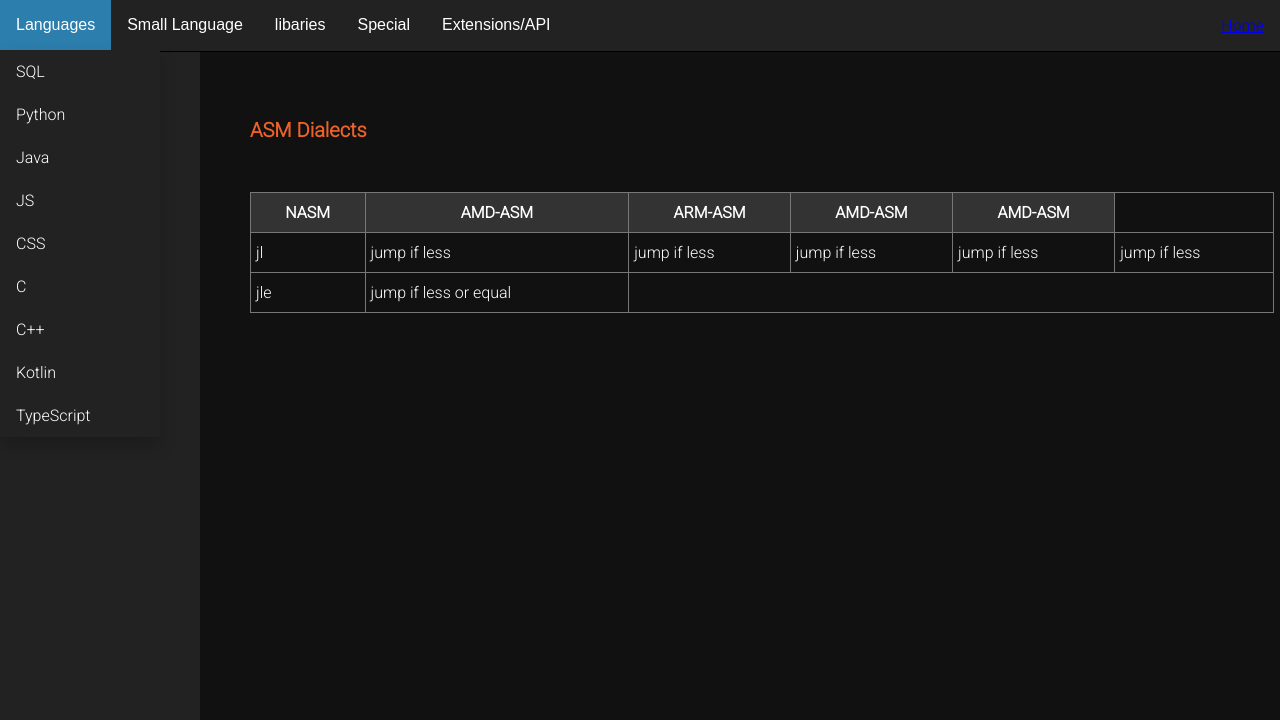
Repository: Max-Rohrhirsch/Max-Rohrhirsch.github.io
Page: documentation/special/OS/asm_dif.html
The author's editor kept a copy of each file at every save. The page is drawn from the files as they stood at one save, then again after the next save.
The browser window is 1280 px wide. The pictures show the whole page.

Above is the page before, as saved 2023-10-29 17:32:30.

### documentation/special/OS/asm_dif.html
<script src="/jquery.js"></script>
<div id="includeHeader"></div>
<!-- ------ SIDE NAVIGATION BAR ----- -->
<div class="sidenav">
    <a href="/documentation/special/OS/OS.html">OS</a>
    <a href="/documentation/special/OS/ASM.html">ASM</a>
</div>

<div class="main">
<h2>ASM Dialects</h2>
<table>
<tr>
    <th>NASM</th>
    <th>AMD-ASM</th>
    <th>ARM-ASM</th>
    <th>AMD-ASM</th>
    <th>AMD-ASM</th>
</tr>
<tr>
    <td>jl</td>
    <td>jump if less</td>
    <td>jump if less</td>
    <td>jump if less</td>
    <td>jump if less</td>
    <td>jump if less</td>
</tr>
<tr>
    <td>jle</td>
    <td>jump if less or equal</td>
</tr>
</table>
</div>
<div id="includeFooter"></div>

### header.html
<html>
    <head>
        <title>Documentation</title>

        <meta name="viewport" content="width=device-width, initial-scale=1">
        <meta name="description" lang="en" content="Documentation of many things I learned">
        <meta name="keywords" content="HTML, CSS, JavaScript, Coding, max">
        <meta name="author" content="Rohrhirsch Max">

        <link rel="preconnect" href="https://fonts.googleapis.com">
        <link rel="preconnect" href="https://fonts.gstatic.com" crossorigin>
        <link href="https://fonts.googleapis.com/css2?family=Roboto:wght@300&display=swap" rel="stylesheet">
        <link rel="stylesheet" href="https://cdnjs.cloudflare.com/ajax/libs/font-awesome/4.7.0/css/font-awesome.min.css">

        <link rel="icon" type="image/x-icon" href="/Bilder/favicon.ico">

        <link href="/documentation/prism.css" rel="stylesheet" />

        <link rel="stylesheet" href="/documentation/docStyle.css">
        <link rel="icon" type="image/x-icon" href="/Bilder/favicon.ico">
    </head>
    <body>
        <!-- ------ TOP NAVIGATION BAR ----- -->
        <nav class="nav1">
            <div class="dropdown" style="float:left;">
                <button class="dropbtn">Languages</button>
                <div class="dropdown-content" style="left:0;">
                    <a href="/documentation/languages/sql/sql.html">SQL</a>
                    <a href="/documentation/languages/python/python.html">Python</a>
                    <a href="/documentation/languages/java/java.html">Java</a>
                    <a href="/documentation/languages/js.html">JS</a>
                    <a href="/documentation/languages/css.html">CSS</a>
                    <a href="/documentation/languages/c.html">C</a>
                    <a href="/documentation/languages/cpp.html">C++</a>
                    <a href="/documentation/languages/Kotlin.html">Kotlin</a>
                    <a href="/documentation/languages/typescript.html">TypeScript</a>
                </div>
            </div>
            <div class="dropdown" style="float:left;">
                <button class="dropbtn">Small Language</button>
                <div class="dropdown-content" style="left:0;">
                    <a href="/documentation/small/bash.html">Bash</a>
                    <a href="/documentation/small/rust.html">Rust</a>
                    <a href="/documentation/small/go.html">GO</a>
                    <a href="/documentation/small/csharp.html">C#</a>
                    <a href="/documentation/small/brainfuck.html">BrainFuck</a>
                </div>
            </div>
            <div class="dropdown" style="float:left;">
                <button class="dropbtn">libaries</button>
                <div class="dropdown-content" style="left:0;">
                    <a href="/documentation/libaries/socket.html">Socket</a>
                    <a href="/documentation/libaries/tenserflow.html">Tenserflow</a>
                    <a href="/documentation/libaries/regex.html">Regex</a>
                    <a href="/documentation/libaries/angular.html">Angular</a>
                    <a href="/documentation/libaries/Git.html">Git</a>
                </div>
            </div>
            <div class="dropdown" style="float:left;">
                <button class="dropbtn">Special</button>
                <div class="dropdown-content" style="left:0;">
                    <a href="/documentation/special/computer.html">Computer</a>
                    <a href="/documentation/special/linux.html">Linux</a>
                    <a href="/documentation/special/arduino.html">Arduino</a>
                    <a href="/documentation/special/game.html">Game Maker</a>
                    <a href="/documentation/special/unity.html">Unity</a>
                    <a href="/documentation/special/OS/OS.html">OS</a>
                    <a href="/documentation/special/hacking.html">Hacking</a>
                </div>
            </div>
            <div class="dropdown" style="float:left;">
                <button class="dropbtn">Extensions/API</button>
                <div class="dropdown-content" style="left:0;">
                    <a href="/documentation/extension/chrome.html">Chrome Extension</a>
                    <a href="/documentation/extension/discord.html">Discord Bot</a>
                    <a href="/documentation/extension/computercraft.html">Computercraft</a>
                    <a href="/documentation/extension/LaTeX.html">LaTeX</a>
                </div>
            </div>
            <div class="dropdown dropbtn" style="float:right;">
                <a href="https://max-rohrhirsch.github.io/documentation/documentation.html">Home</a>
            </div>
        </nav>

        <!-- ------ SIDE NAVIGATION BAR ----- -->

### footer.html

<a class="pre">Previous</a>
<a class="next">Next</a>
</div>

<div id="modal01" class="modal" onclick="this.style.display='none'">
<span class="close">X</span>
<div class="modal-content">
  <img id="img01" style="max-width:100%">
</div>
</div>


<!-- ------ SCRIPT FOR DROPDOWN ----- -->
<script>
var dropdown = document.getElementsByClassName("dropdown-btn");
var i;

for (i = 0; i < dropdown.length; i++) {
  dropdown[i].addEventListener("click", function() {
    this.classList.toggle("active");
    var dropdownContent = this.nextElementSibling;
    if (dropdownContent.style.display === "block") {
      dropdownContent.style.display = "none";
    } else {
      dropdownContent.style.display = "block";
    }
  });
}
</script>
<script src="/documentation/prism.js"></script>
<script>
function onClick(element) {
    document.getElementById("img01").src = element.src;
    document.getElementById("modal01").style.display = "block";
}
</script>
</body>
</html>

### documentation/prism.css
/* PrismJS 1.29.0
https://prismjs.com/download.html#themes=prism-okaidia&languages=markup+css+clike+javascript+arduino+armasm+bash+brainfuck+c+cpp+cilkc+cilkcpp+go+java+latex+lua+python+rust+sql&plugins=line-numbers+show-language+toolbar+copy-to-clipboard+download-button */
code[class*=language-],pre[class*=language-]{color:#f8f8f2;background:0 0;text-shadow:0 1px rgba(0,0,0,.3);font-family:Consolas,Monaco,'Andale Mono','Ubuntu Mono',monospace;font-size:1em;text-align:left;white-space:pre;word-spacing:normal;word-break:normal;word-wrap:normal;line-height:1.5;-moz-tab-size:4;-o-tab-size:4;tab-size:4;-webkit-hyphens:none;-moz-hyphens:none;-ms-hyphens:none;hyphens:none}pre[class*=language-]{padding:1em;margin:.5em 0;overflow:auto;border-radius:.3em}:not(pre)>code[class*=language-],pre[class*=language-]{background:#272822}:not(pre)>code[class*=language-]{padding:.1em;border-radius:.3em;white-space:normal}.token.cdata,.token.comment,.token.doctype,.token.prolog{color:#8292a2}.token.punctuation{color:#f8f8f2}.token.namespace{opacity:.7}.token.constant,.token.deleted,.token.property,.token.symbol,.token.tag{color:#f92672}.token.boolean,.token.number{color:#ae81ff}.token.attr-name,.token.builtin,.token.char,.token.inserted,.token.selector,.token.string{color:#a6e22e}.language-css .token.string,.style .token.string,.token.entity,.token.operator,.token.url,.token.variable{color:#f8f8f2}.token.atrule,.token.attr-value,.token.class-name,.token.function{color:#e6db74}.token.keyword{color:#66d9ef}.token.important,.token.regex{color:#fd971f}.token.bold,.token.important{font-weight:700}.token.italic{font-style:italic}.token.entity{cursor:help}
pre[class*=language-].line-numbers{position:relative;padding-left:3.8em;counter-reset:linenumber}pre[class*=language-].line-numbers>code{position:relative;white-space:inherit}.line-numbers .line-numbers-rows{position:absolute;pointer-events:none;top:0;font-size:100%;left:-3.8em;width:3em;letter-spacing:-1px;border-right:1px solid #999;-webkit-user-select:none;-moz-user-select:none;-ms-user-select:none;user-select:none}.line-numbers-rows>span{display:block;counter-increment:linenumber}.line-numbers-rows>span:before{content:counter(linenumber);color:#999;display:block;padding-right:.8em;text-align:right}
div.code-toolbar{position:relative}div.code-toolbar>.toolbar{position:absolute;z-index:10;top:.3em;right:.2em;transition:opacity .3s ease-in-out;opacity:0}div.code-toolbar:hover>.toolbar{opacity:1}div.code-toolbar:focus-within>.toolbar{opacity:1}div.code-toolbar>.toolbar>.toolbar-item{display:inline-block}div.code-toolbar>.toolbar>.toolbar-item>a{cursor:pointer}div.code-toolbar>.toolbar>.toolbar-item>button{background:0 0;border:0;color:inherit;font:inherit;line-height:normal;overflow:visible;padding:0;-webkit-user-select:none;-moz-user-select:none;-ms-user-select:none}div.code-toolbar>.toolbar>.toolbar-item>a,div.code-toolbar>.toolbar>.toolbar-item>button,div.code-toolbar>.toolbar>.toolbar-item>span{color:#bbb;font-size:.8em;padding:0 .5em;background:#f5f2f0;background:rgba(224,224,224,.2);box-shadow:0 2px 0 0 rgba(0,0,0,.2);border-radius:.5em}div.code-toolbar>.toolbar>.toolbar-item>a:focus,div.code-toolbar>.toolbar>.toolbar-item>a:hover,div.code-toolbar>.toolbar>.toolbar-item>button:focus,div.code-toolbar>.toolbar>.toolbar-item>button:hover,div.code-toolbar>.toolbar>.toolbar-item>span:focus,div.code-toolbar>.toolbar>.toolbar-item>span:hover{color:inherit;text-decoration:none}

### documentation/docStyle.css
:root {
    --main-special-color: #ee622a;
    --main-bg-color: #111;
    transition: 3s;
    scroll-behavior: smooth;
}

body {
    background-color: var(--main-bg-color);
    color: white;
    font-family: 'Roboto', sans-serif;
    margin: 0;
    min-height: max-content;
}


/* ----------------------------- MAIN STUFF --------------------------------------- */
red { color: red }
orange { color: orange }
green { color: green }

.nav1 {
    position: fixed;
    background-color: #222;
    border-bottom: 1px solid black;
    width: 100%;

    z-index: 2;
}

/* ---- DROPDOWN ---- */

.dropbtn {
    background-color: #222;
    color: white;

    padding: 16px;
    font-size: 16px;
    border: none;
    cursor: pointer;
  }

  .dropdown {
    position: relative;
    display: inline-block;
  }

  .dropdown-content {
    display: none;
    position: absolute;
    right: 0;

    background-color: #222;
    min-width: 160px;
    box-shadow: 0px 8px 16px 0px rgba(0,0,0,0.2);
  }

  .dropdown-content a {
    color: White;
    padding: 12px 16px;
    text-decoration: none;
    display: block;
  }

  .dropdown-content a:hover { background-color: #333 }
  .dropdown:hover .dropdown-content { display: block }
  .dropdown:hover .dropbtn { background-color: #2c7ead }


/* ------------ Site Navigation ----------- */

.sidenav {
    height: 100%;
    width: 200px;

    position: fixed;
    top: 51px;
    left: 0;

    background-color: #222;
    overflow-x: hidden;
    z-index: 1;
  }

  .sidenav a, .dropdown-btn {
    padding: 6px 8px 6px 16px;

    text-decoration: none;
    font-size: 20px;
    color: white;

    display: block;
    border: none;
    background: none;

    width: 100%;
    text-align: left;
    cursor: pointer;
    outline: none;
  }

  .sidenav a:hover, .dropdown-btn:hover { background-color: #2c7ead }

  .active {
    background-color: green;
    color: white;
  }

  .dropdown-container {
    display: none;
    background-color: #333;
  }

  .fa-caret-down {
    float: right;
    padding-right: 8px;
  }

  @media screen and (max-height: 450px) {
    .sidenav { padding-top: 15px }
    .sidenav a { font-size: 18px }
  }


/* ------------ Main ----------- */
.main {
    display: block;
    position:absolute;
    top: 51px;
    left: 200px;

    padding: 50px;
    font-size: 18px;

    min-height: 100%;
    width: 80vw;
}

.main h2 {
    font-size: 20px;
    color: #ee622a;
}

.main a {
    color: rgb(44, 172, 65);
    margin-bottom: 20px;
    display: block;
}

img {
    display: block;
    margin-top: 20px;
}
img:hover {
    cursor: pointer;
}



/* ------------ CODE ----------- */

out {
    display: block;
    width: calc(100% - 40px);
    background-color: #333;

    padding: 20px;
    margin-top: 15px;
    border-radius: 10px;
}

.wrapper {
    display: grid;
    font-size: 18px;
    grid-template-columns: repeat(3, 1fr);
    gap: 10px;
}

.wrapper pre {
    height: calc(100% - 50px);
}

.half {
    display: grid;
    grid-template-columns: repeat(2, 1fr);
    gap: 10px;
}
.half pre {
    height: calc(100% - 50px);
}

/* ------------ Table ----------- */

table {
    width: calc(100% );
    border: 1px solid #777;
    margin-top: 50px;
    border-collapse:collapse;
}

th {
    border: 1px solid #777;
    background-color: #333;
    padding: 10px;

}

td {
    border: 1px solid #777;
    padding: 5px;
    height: 40px;
}


/* ------------ Buttons ----------- */

.pre, .next {
    display: inline-block;
    margin-top: 10px;
}
.pre:hover, .next:hover { cursor: pointer }

.pre { float: left }
.next { float: right }





/* ------------ Image ----------- */
.modal {
    z-index:2;
    display:none;
    padding-top:10px;
    position:fixed;
    left:0;
    top:0;
    width:100%;
    height:100%;
    overflow:auto;
    background-color:rgb(0,0,0);
    background-color:rgba(0,0,0,0.8)
}

.modal-content {
    margin: auto;
    display: block;
    position: absolute;
    top: 50%;
    left: 50%;
    transform: translate(-50%, -50%);
}


.modal-hover-opacity {
    opacity:1;
    filter:alpha(opacity=100);
}

.modal-hover-opacity:hover {
    opacity:0.60;
    filter:alpha(opacity=60);
}


.close {
    text-decoration:none;

    position: fixed;
    right:20px;
    top: 20px;

    font-size:24px;
    font-weight:bold;
    color:white;
    cursor: pointer;
}

img {
    width: 500px;
    display: block;
}

.modal-content, #caption {
    -webkit-animation-name: zoom;
    -webkit-animation-duration: 0.6s;
    animation-name: zoom;
    animation-duration: 0.6s;
}

@keyframes zoom {
    from {transform:scale(0)}
    to {transform:scale(1)}
}

@media only screen and (max-width: 1300px) {
    .wrapper {
        grid-template-columns: repeat(2, 1fr);
    }
    .half {
        grid-template-columns: repeat(1, 1fr);
    }

}
@media only screen and (max-width: 1000px) {
    .wrapper {
        grid-template-columns: repeat(1, 1fr);
    }
}

Loaded but not shown: jquery.js (library); documentation/prism.js (library)

After the next save:
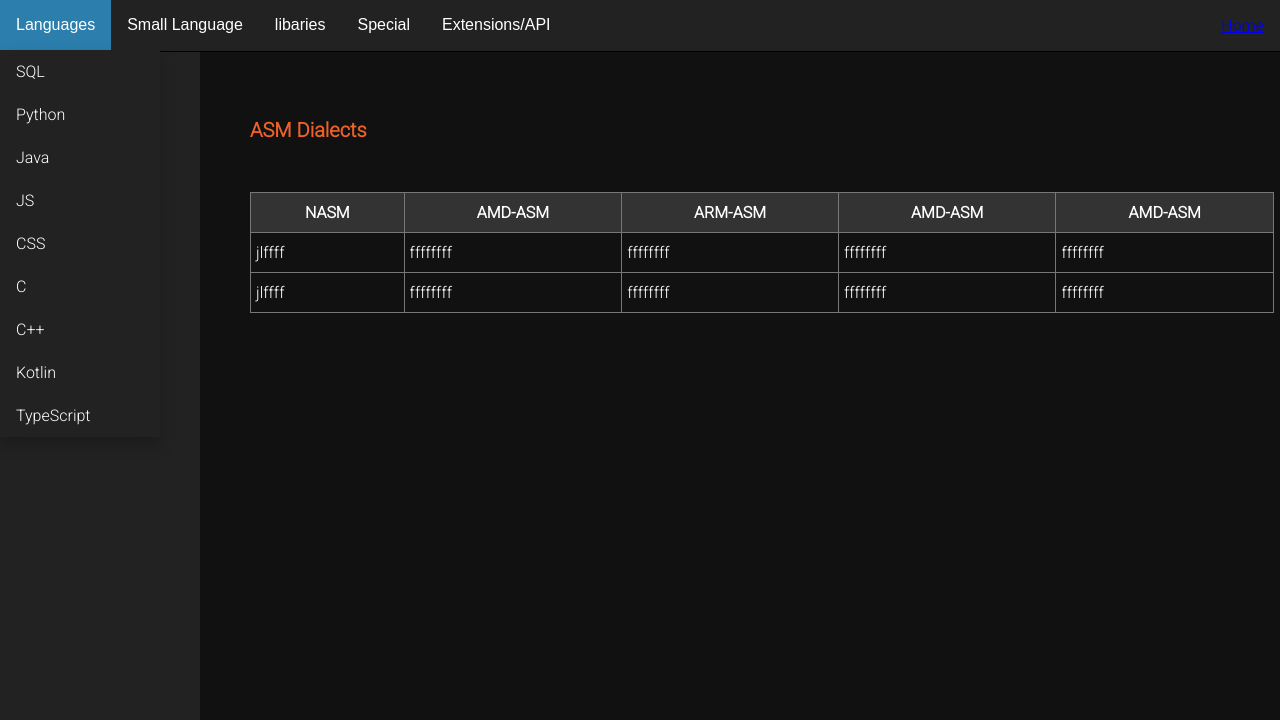
Saved 40 s later.
--- a/documentation/special/OS/asm_dif.html
+++ b/documentation/special/OS/asm_dif.html
@@ -17,16 +17,18 @@
     <th>AMD-ASM</th>
 </tr>
 <tr>
-    <td>jl</td>
-    <td>jump if less</td>
-    <td>jump if less</td>
-    <td>jump if less</td>
-    <td>jump if less</td>
-    <td>jump if less</td>
+    <td>jlffff</td>
+    <td>ffffffff</td>
+    <td>ffffffff</td>
+    <td>ffffffff</td>
+    <td>ffffffff</td>
 </tr>
 <tr>
-    <td>jle</td>
-    <td>jump if less or equal</td>
+    <td>jlffff</td>
+    <td>ffffffff</td>
+    <td>ffffffff</td>
+    <td>ffffffff</td>
+    <td>ffffffff</td>
 </tr>
 </table>
 </div>
